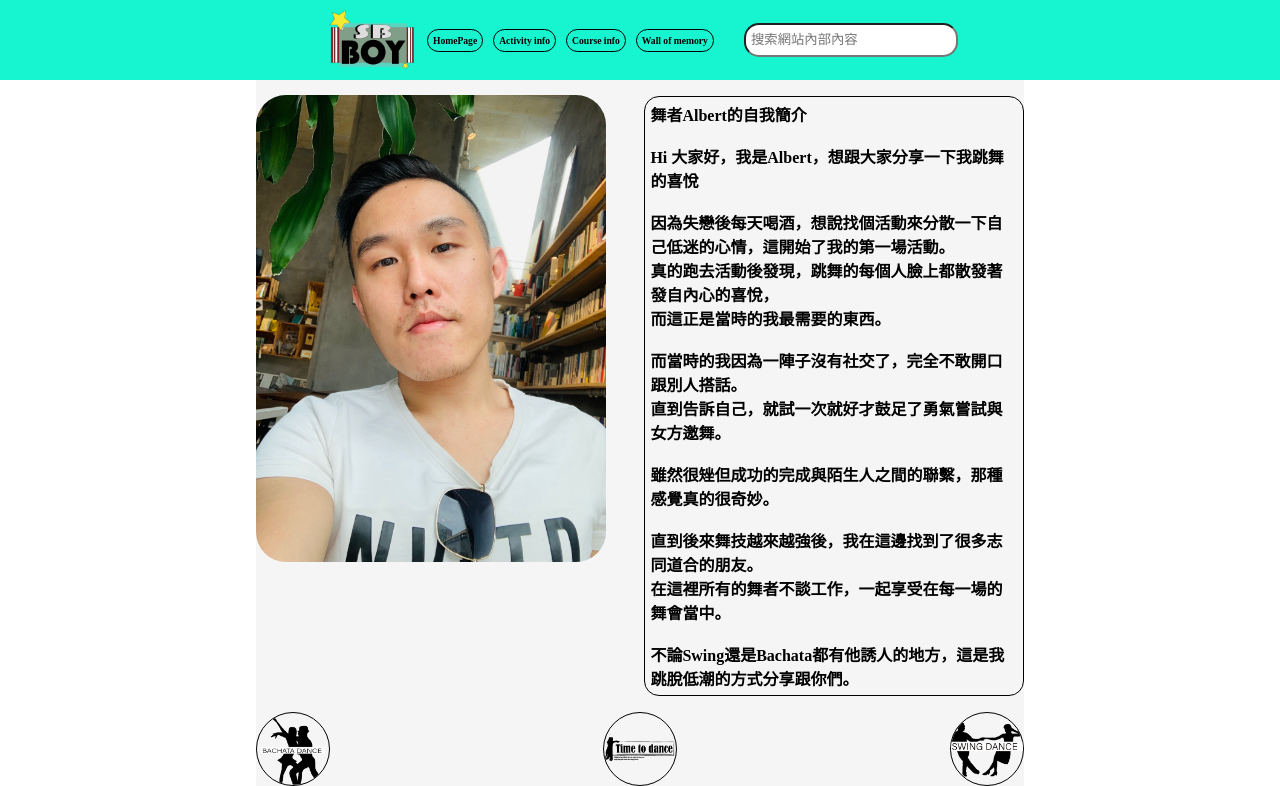
Repository: AlbertKoii/0718_Learning_Javascript
Page: aboutme/aboutme_try.html
The author's editor kept a copy of each file at every save. The page is drawn from the files as they stood at one save, then again after the next save.
The browser window is 1280 px wide. The pictures show the whole page.

Above is the page before, as saved 2023-07-26 13:43:19.
Not found: aboutme/script.js

### aboutme/aboutme_try.html
<!DOCTYPE html>
<html lang="en">
<head>
    <meta charset="UTF-8">
    <meta name="viewport" content="width=device-width, initial-scale=1.0">
    <link rel="stylesheet" href="aboutme.try.css">
    <title>About me</title>
</head>
<body>
    <!-- 第一層 -->
    <div class="search-bar">
        <img class="logo" src="../img/logo.png" alt="圖片">
        <div class="links">
            <a class="link" href="../index.html">HomePage</a>
            <a class="link" href="./Activity info/ActivityInfo.html">Activity info</a>
            <a class="link" href="./CourseInfo/Courseinfo.html">Course info</a>
            <a class="link" href="./WallOfMemory.html/WallOfMemory.html">Wall of memory</a>
        </div>
        <div class="search">
            <input type="text" placeholder="搜索網站內部內容">
        </div>
    </div>

    <!-- 第二層 -->
    <div class="content">
        <div class="left">
            <img src="../img/Myhead.jpg" alt="個人照片">
        </div>
        <div class="right">
            <p style="font-size: 16px"><b>舞者Albert的自我簡介</b><b>
            <br><br>
            Hi 大家好，我是Albert，想跟大家分享一下我跳舞的喜悅<br>
            <br>
            因為失戀後每天喝酒，想說找個活動來分散一下自己低迷的心情，這開始了我的第一場活動。<br>
            真的跑去活動後發現，跳舞的每個人臉上都散發著發自內心的喜悅，<br>
            而這正是當時的我最需要的東西。<br>
            <br>
            而當時的我因為一陣子沒有社交了，完全不敢開口跟別人搭話。<br>
            直到告訴自己，就試一次就好才鼓足了勇氣嘗試與女方邀舞。<br>
            <br>
            雖然很矬但成功的完成與陌生人之間的聯繫，那種感覺真的很奇妙。<br>
            <br>
            直到後來舞技越來越強後，我在這邊找到了很多志同道合的朋友。<br>
            在這裡所有的舞者不談工作，一起享受在每一場的舞會當中。<br>
            <br>
            不論Swing還是Bachata都有他誘人的地方，這是我跳脫低潮的方式分享跟你們。</b>
            </p>
        </div>
    </div>

    <!-- 第三層 -->
    <div class="Icon">
        <img src="../img/BachataDanceIcon.png" alt="圖片1">
        <img src="../img/DanceIcon_01.png" alt="圖片2">
        <img src="../img/SwingDanceIcon.png" alt="圖片3">
    </div>

    <script src="script.js" defer></script>
</body>
</html>

### aboutme/aboutme.try.css
*{
    position: relative;
    font-family: 微軟正黑體;
}

html, body{
    padding: 0px;
    margin: 0px;

}
/* 第一層樣式 */
.search-bar {
    display: flex;
    align-items: center;
    justify-content:center;
    padding: 10px;
    text-overflow: ellipsis;
    background-color: #16F4D0;
}

.search-bar input {
    width: 200px;
    height: 3vh;
    padding: 5px;
    position: relative;
}
.logo{
    width: 100px;
}
.links {
    font-size: .6em;
    display: flex;
    white-space: nowrap;
}

.link {
    margin: 0 5px;
    padding: 5px;
    cursor: pointer;
    border-radius: 15px;
    border: solid .4px black;
    text-decoration: none;
    color: black;
    font-weight:700
}

.search{
    margin-left: 2%;
}

.search input{
    border-radius: 15px;
    height: 20px;
}
/* 第二層樣式 */
.content {
    display: flex;
    background-color: #f5f5f5;
    text-overflow: ellipsis;
    margin-left:20%;
    margin-right: 20%;
}
.left{
    width: 350px;
    height: auto;
}

.left img {
    width: 350px;
    margin-top: 15px;
    height: auto;
    border-radius: 30px;
}
.right {
    width:fit-content;
    margin-left: 5%;

    }
.right p{

    border: 1px solid black;
    border-radius: 15px;
    padding: 5px;
}


/* 第三層樣式 */
.Icon {
    display: flex;
    margin-left:20%;
    margin-right: 20%;
    justify-content: space-between;
    background-color: #f5f5f5;
}
.Icon img{
    height: 10vh;
    width: auto;
    padding: auto;
    border: 1px solid black;
    border-radius: 100%;
}

After the next save:
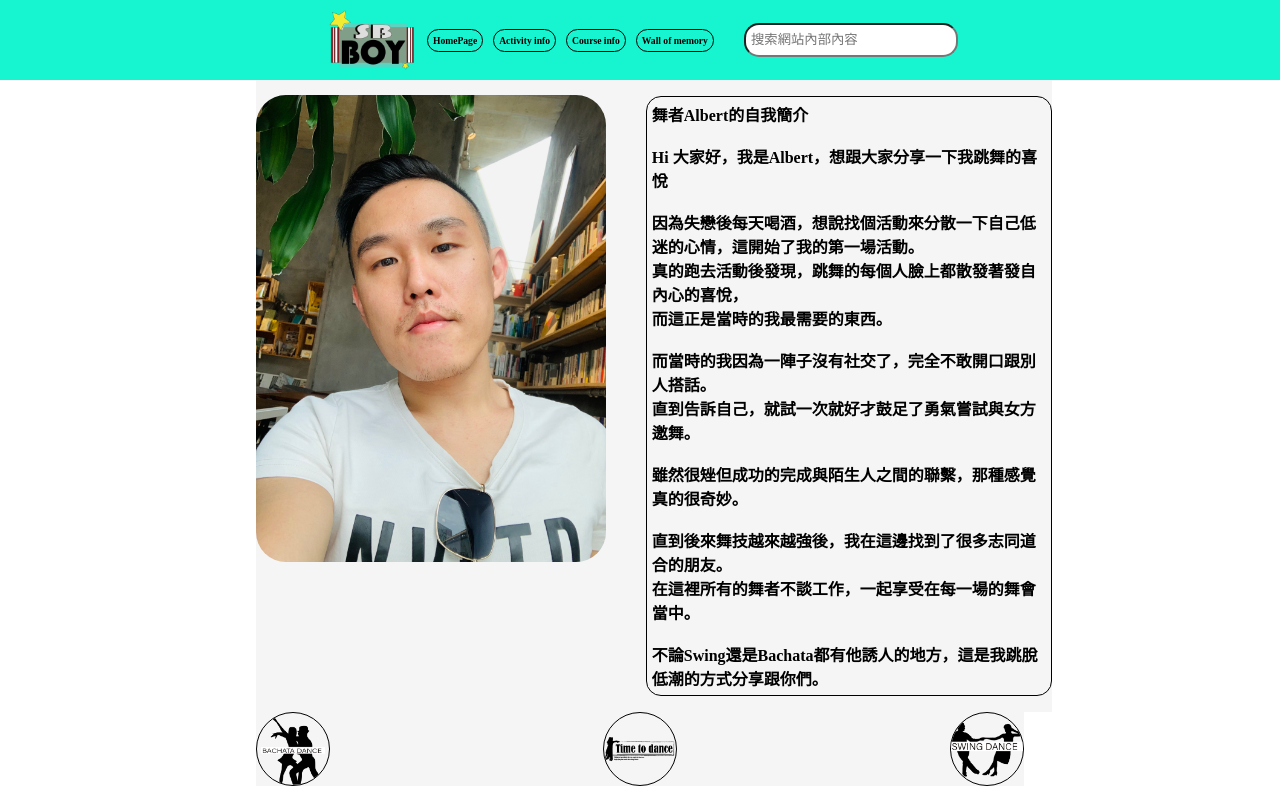
Saved 6 s later.
--- a/aboutme/aboutme.try.css
+++ b/aboutme/aboutme.try.css
@@ -59,6 +59,7 @@ html, body{
     text-overflow: ellipsis;
     margin-left:20%;
     margin-right: 20%;
+    min-width: 796px;
 }
 .left{
     width: 350px;
